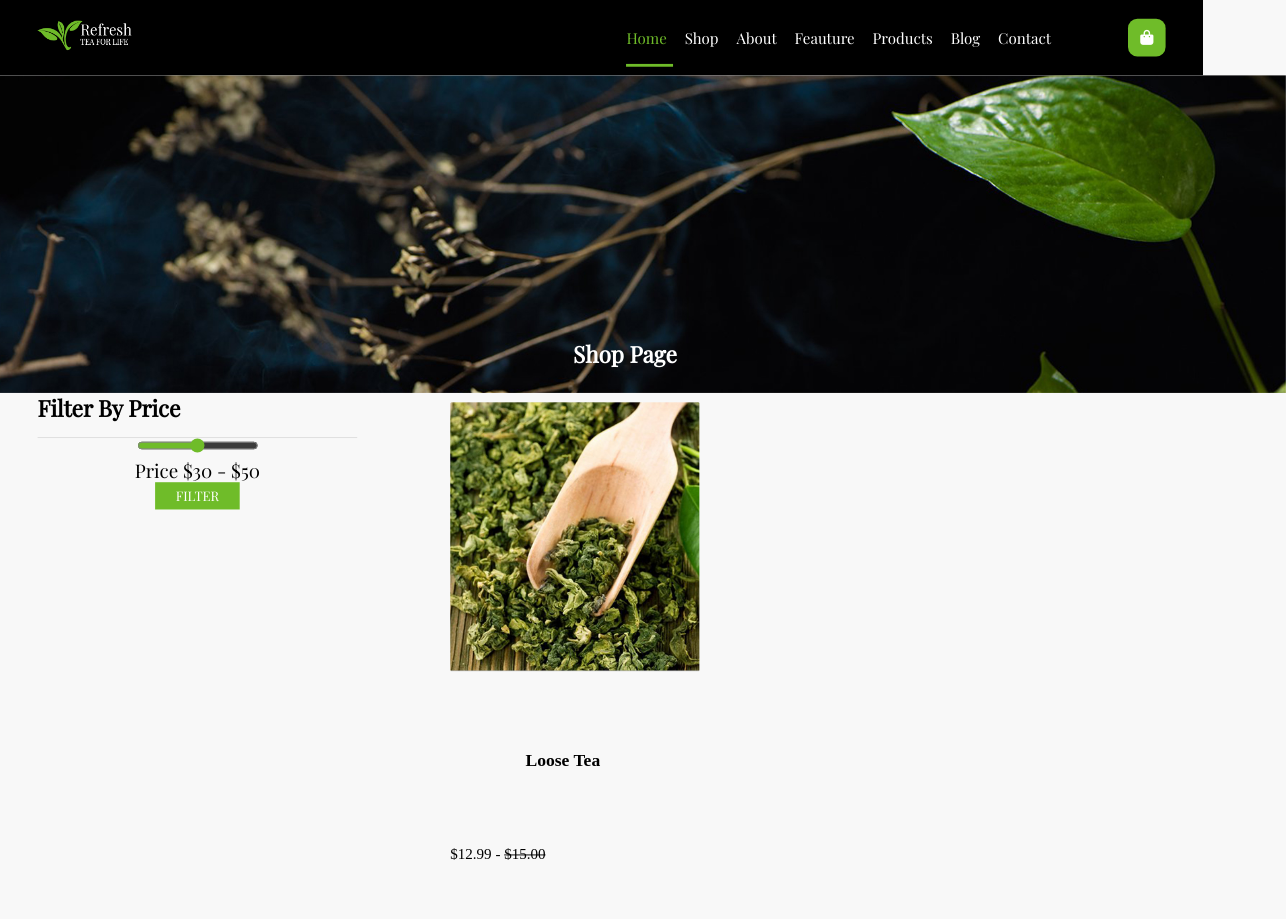
Repository: 52hzwhaleblue/school_teashop
Page: shop.html
The author's editor kept a copy of each file at every save. The page is drawn from the files as they stood at one save, then again after the next save.
The browser window is 1280 px wide. The page is 1368 px wide, so the pictures cover 1368 px, including what lies to the right of the window. The pictures show the whole page, at 94% of full size.
Some web libraries are served in a nearby version.

Above is the page before, as saved 2022-04-27 21:26:06.

### shop.html
<!DOCTYPE html>
<html lang="en">

<head>
    <meta charset="UTF-8">
    <meta http-equiv="X-UA-Compatible" content="IE=edge">
    <meta name="viewport" content="width=device-width, initial-scale=1.0">

    <!-- Style CSS -->
    <link rel="stylesheet" href="./style.css" stylesheet="text/style.css" />

    <!-- googel fonts -->
    <link rel="preconnect" href="https://fonts.googleapis.com" />
    <link rel="preconnect" href="https://fonts.gstatic.com" crossorigin />
    <link href="https://fonts.googleapis.com/css2?family=Playfair+Display&display=swap" rel="stylesheet" />

    <!-- cdn -->
    <link rel="stylesheet" href="https://cdnjs.cloudflare.com/ajax/libs/font-awesome/6.1.1/css/all.min.css" integrity="sha512-KfkfwYDsLkIlwQp6LFnl8zNdLGxu9YAA1QvwINks4PhcElQSvqcyVLLD9aMhXd13uQjoXtEKNosOWaZqXgel0g==" crossorigin="anonymous" referrerpolicy="no-referrer"
    />

    <!-- App.js -->
    <script src="./app.js">
    </script>

    <title>Shop</title>
</head>

<body>
    <!-- header -->
    <div class="header-wrapper">
        <div class="center">
            <div class="row">
                <div class="logo">
                    <img src="./images/logo.png" alt="" />
                </div>

                <div class="menu">
                    <ul>
                        <li class="active"><a href="#">Home</a></li>
                        <li><a href="#">Shop</a></li>
                        <li><a href="#">About</a></li>
                        <li><a href="#">Feauture</a></li>
                        <li><a href="#">Products</a></li>
                        <li><a href="#">Blog</a></li>
                        <li><a href="#">Contact</a></li>
                    </ul>
                </div>

                <div class="cart">
                    <i class="fa-solid fa-bag-shopping"></i>
                </div>
            </div>
        </div>
    </div>

    <!-- silder -->
    <div class="slider-wrapper">
        <div class="slider-img">
            <img src="./images/shop-slide.jpg" alt="" />

            <div class="center">
                <div class="shop-slide-content">
                    <h2 class="heading">Shop Page</h2>
                </div>
            </div>
        </div>
    </div>


    <div class="shop-page-wrapper">
        <div class="center">
            <div class="box-shop-page">
                <!-- filter by price -->
                <div class="price-filter-wrapper">
                    <div class="box-price-filter">
                        <h4>filter by price</h4>
                        <div class="price-range-bar">
                            <form class="multi-range-field my-5 pb-5">
                                <input id="multi3" class="multi-range" type="range" />
                            </form>

                            <div class="price-range">
                                <span>Price</span>
                                <span> $30 </span> -
                                <span> $50 </span>
                            </div>

                            <div class="filter-btn">
                                <p>filter</p>
                            </div>
                        </div>
                    </div>
                </div>

                <!-- shop-product -->
                <div class="shop-product-wrapper">
                   <div class="row">
                       <div class="col-1">
                           <img src="images/product-1.jpg">
                           <h3 class="title">Loose Tea</h3>
                           <p>$12.99 - <del>$15.00</del></p>
                       </div>
                   </div>
                </div>
            </div>

        </div>
    </div>

</body>

</html>

### style.css
* {
    padding: 0;
    margin: 0;
}

body {
    background-color: #f8f8f8;
}


/* header */

.header-wrapper {
    margin: 0 auto;
    background-color: #000000;
    position: sticky;
    top: 0;
    z-index: 1;
}

.center {
    width: 1200px;
    margin: 0 auto;
}

.header-wrapper .row {
    display: flex;
    justify-content: space-between;
    align-items: center;
    padding: 20px 0;
}


/* logo */

.logo {
    width: 50.0450045005%;
}

.logo img {
    width: 100px;
}


/* menu */

.menu {
    width: 42.304230423%;
}

.menu ul li.active a {
    color: #6fbc29;
}

.menu ul li {
    display: inline-block;
    padding-right: 15px;
    position: relative;
}

.menu ul li:after {
    content: " ";
    width: 50px;
    border-bottom: 3px #6fbc29 solid;
    /* background-color: #6fbc29; */
    left: 0;
    bottom: -20px;
    position: absolute;
}

.menu ul li:not(.active):after {
    content: " ";
    width: 50px;
    border-bottom: 3px #6fbc29 solid;
    left: 0;
    bottom: -30px;
    position: absolute;
    opacity: 0;
    transition: 0.5s;
}

.menu ul li:hover:after {
    bottom: -20px;
    opacity: 1;
}

.menu ul li:hover a {
    color: #6fbc29;
}

.menu ul li a {
    text-decoration: none;
    color: #fff;
    font-family: "Playfair Display", serif;
}


/* cart */

.cart {
    width: 40px;
    height: 40px;
    border-radius: 25%;
    background-color: #6fbc29;
    display: flex;
    justify-content: center;
    align-items: center;
}

.cart i {
    color: #fff;
}


/* silder */

.slider-wrapper {
    width: 1368px;
    margin: 0 auto;
    overflow: hidden;
}

.slider-img {
    display: flex;

}

.slider-img img {
    max-width: 1368px;
}
.slider-img input{
    display: none;
}
.navigation-manual{
    position: absolute;
    width: 1500px;
    margin-top: -40px;
    display: flex;
    justify-content: center;
}
.manual-btn {
    border: 1px solid #fff;
    padding: 4px;
    border-radius: 5px;
    cursor: pointer;
    transition: 1s;
}
.manual-btn:not(:last-child){
    margin-right: 8px;
}
.manual-btn:hover{
    background: #6FBC29;
}
#radio1:checked ~ .img{
    margin-left: 0;
}
#radio2:checked ~ .img{
    margin-left: -20;
}
#radio3:checked ~ .img{
    margin-left: -40;
}


.slider-wrapper .home-slide-content {
    width: 446px;
    position: absolute;
    top: 20%;
    left: calc((100% - 1200px) / 2);
}

.slider-wrapper .shop-slide-content {
    width: 446px;
    position: absolute;
    top: 50%;
    left: calc(100% /2.1);
}

.home-slide-content .heading {
    text-transform: uppercase;
    font-family: "Playfair Display";
    font-size: 16px;
    color: #fff;
}

.shop-slide-content .heading {
    text-transform: capitalize;
    font-family: "Playfair Display";
    /* font-size: 50px; */
    color: #fff;
}

.home-slide-content .subHeading {
    text-transform: capitalize;
    font-family: "Playfair Display";
    font-size: 50px;
    padding: 26px 0 50px 0;
    color: #fff;
}

.home-slide-content .subHeading span {
    color: #6fbc29;
    text-transform: capitalize;
    font-size: 50px;
}

.home-slide-content .slider-btn {
    width: 130px;
    /* height: 35px; */
    background-color: #6fbc29;
    display: flex;
    justify-content: center;
    align-items: center;
}

.slider-btn a {
    font-family: "Playfair Display";
    font-size: 14px;
    text-transform: uppercase;
    color: #fff;
    text-decoration: none;
    padding: 10px 0;
}


/* new product */

.product-wrapper {
    width: 1368px;
    margin: 0 auto;
    padding: 57px 0;
}

.title-main {
    padding-bottom: 52px;
}

.title-main h1 {
    font-family: "Playfair Display";
    font-size: 35px;
    text-transform: capitalize;
    color: #212529;
    text-align: center;
}

.title-main .icon {
    text-align: center;
    padding: 23px 0 18px 0;
}

.heading-icon .icon img {
    width: 100px;
}

.title-main .subTitle {
    width: 540px;
    margin: 0 auto;
}

.title-main .subTitle p {
    font-family: "Playfair Display";
    font-size: 14px;
    color: #212529;
    text-align: center;
}


/* product items */

.product-items {
    display: flex;
    flex-wrap: wrap;
    justify-content: space-between;
}

.product-items .item {
    /* width: calc(100% / 4); */
}

.product-items .item .img {
    position: relative;
}

.modal {
    position: absolute;
    width: 100%;
    height: 100%;
    bottom: 0;
    opacity: 0;
    background-color: #6fbc29;
    transition: 0.7s;
}

.modal-content h4 {
    font-family: "Playfair Display", serif;
    color: #fff;
    text-align: center;
    text-transform: capitalize;
}

.modal-content {
    padding: 48px;
}

.modal-content p {
    font-size: 14px;
    font-family: "Playfair Display", serif;
    color: #fff;
    text-align: center;
    padding: 20px 0;
}

.readmore-btn {
    width: 130px;
    background-color: #fff;
    border: 1px #fff solid;
    padding: 5px 0;
    margin: 0 auto;
    text-align: center;
}

.readmore-btn a {
    text-decoration: none;
    color: #6fbc29;
    font-size: 14px;
    font-family: "Playfair Display", serif;
    text-transform: uppercase;
}

.readmore-btn:hover {
    background-color: transparent;
}

.readmore-btn:hover a {
    text-decoration: none;
    color: #fff;
    font-size: 14px;
    font-family: "Playfair Display", serif;
    text-transform: uppercase;
}

.product-items .img:hover .modal {
    top: 0;
    opacity: 0.8;
}

.product-btn {
    display: flex;
    justify-content: center;
}

.btn-left,
.btn-right {
    border-radius: 50%;
    width: 30px;
    height: 30px;
    background-color: #6fbc29;
    margin: 0 10px;
    display: flex;
    align-items: center;
    justify-content: center;
    color: #fff;
    margin-top: 35px;
}

.btn-left:hover,
.btn-right:hover {
    border-radius: 50%;
    width: 30px;
    height: 30px;
    background-color: #fff;
    margin: 0 10px;
    display: flex;
    align-items: center;
    justify-content: center;
    color: #6fbc29;
    margin-top: 35px;
}


/* information */

.information {
    width: 1368px;
    margin: 0 auto;
    background-color: #f8f8f8;
    display: flex;
    justify-content: space-between;
}

.info-img img {
    max-width: 730px;
}

.info-content {
    width: 37.6461988304%;
    padding: 85px 0 125px 30px;
}

.info-content h2 {
    font-size: 35px;
    font-family: "Playfair Display", serif;
}

.info-content p {
    font-size: 14px;
    font-family: "Playfair Display", serif;
    margin: 10px 0;
}

.information .readmore-info-btn {
    width: 130px;
    background-color: #6fbc29;
    padding: 5px 0;
    text-align: center;
}

.information .readmore-info-btn a {
    text-decoration: none;
    color: #fff;
    font-size: 14px;
    font-family: "Playfair Display", serif;
    text-transform: uppercase;
}

.information .readmore-info-btn:hover {
    background-color: #fff;
}

.information .readmore-info-btn:hover a {
    text-decoration: none;
    color: #6fbc29;
    font-size: 14px;
    font-family: "Playfair Display", serif;
    text-transform: uppercase;
}

.criteria-wrapper {
    width: 100%;
    height: 368px;
}

.criteria-items {
    max-width: 1368px;
    display: flex;
    justify-content: center;
}

.criteria-items .item {
    padding: 0 10px;
    box-sizing: border-box;
}


/* featured product */

.featured-product-wrapper {}

.featured-product-items {
    display: flex;
    justify-content: space-between;
    flex-wrap: wrap;
    margin-bottom: 50px;
}

.featured-product-items .item {
    width: calc(100% / 3);
}

.featured-product-items .item .img {
    position: relative;
}

.featured-product-items .img .modal {
    border-radius: 50%;
}

.featured-product-items .img:hover .modal {
    top: 0;
    opacity: 0.8;
    width: 92.5%;
}

.featured-product-items .item .title {
    text-align: center;
    font-family: "Playfair Display";
    font-weight: 600;
    font-size: 20px;
}

.featured-product-items .item .description {
    text-align: center;
    font-family: "Playfair Display";
    font-size: 14px;
}

.featured-product-items .item img {
    border-radius: 50%;
}


/* Information Wrapper */

.info-wrapper {
    position: relative;
}

.info-wrapper img {
    height: 435px;
    width: 100%;
}

.info-heading {
    top: 0;
    width: 490px;
    margin: 55px 0;
    position: absolute;
}

.info-heading .title {
    font-family: "Playfair Display";
    font-size: 35px;
    font-weight: 600;
}

.info-heading .subTitle {
    font-family: "Playfair Display";
    font-size: 14px;
    margin: 25px 0 50px 0;
}

.readmore-info-btn {
    width: 130px;
    background-color: #6fbc29;
    border: 1px #fff solid;
    padding: 5px 0;
    /* margin: 0 auto; */
    text-align: center;
}

.readmore-info-btn a {
    text-decoration: none;
    color: #fff;
    font-size: 14px;
    font-family: "Playfair Display", serif;
    text-transform: uppercase;
}

.readmore-info-btn:hover {
    background-color: #fff;
}

.readmore-info-btn:hover a {
    text-decoration: none;
    color: #6fbc29;
    font-size: 14px;
    font-family: "Playfair Display", serif;
    text-transform: uppercase;
}


/* video */

.video-wrapper {
    position: relative;
    display: flex;
    justify-content: center;
}

.bg-overlay {
    position: relative;
    z-index: 1;
}

.bg-overlay:after {
    background: #000 none repeat scroll 0 0;
    content: "";
    height: 100%;
    left: 0;
    opacity: 0.8;
    position: absolute;
    top: 0;
    width: 100%;
}

.video-wrapper .center {
    width: 1200px;
    margin: 0 auto;
    display: flex;
    justify-content: center;
}

.video-wrapper img {
    width: 100%;
}

.video-wrapper .title-main {
    top: 0;
    position: absolute;
    z-index: 2;
    margin-top: 55px;
}

.video-wrapper .title-main .title {
    color: #fff;
}

.video-wrapper .title-main .icon img {
    width: 200px;
}

.video-wrapper .title-main .subTitle p {
    color: #fff;
}

.box-video {
    /* width: 890px;
    height: 442px; */
    bottom: 25%;
    z-index: 1;
    position: absolute;
}


/* Shop Page */

.box-shop-page {
    display: flex;
    justify-content: space-between;
}

.price-filter-wrapper {
    width: 28.3333333333%;
}

.box-price-filter h4 {
    font-family: "Playfair Display", serif;
    font-size: 24px;
    text-transform: capitalize;
    border-bottom: 1px #dedede solid;
    padding-bottom: 15px;
}

.shop-product-wrapper {
    width: 56.8333333333%;
}


/* Price Range Input */

#multi3 {
    accent-color: #6FBC29;
}

.price-range-bar {
    text-align: center;
}

.price-range {
    font-family: "Playfair Display", serif;
    font-size: 20px;
}

.filter-btn {
    width: 90px;
    height: 35px;
    margin: 0 auto;
}

.filter-btn:hover {
    width: 90px;
    height: 35px;
    margin: 0 auto;
}

.filter-btn p {
    font-family: "Playfair Display", serif;
    font-size: 14px;
    color: #fff;
    text-transform: uppercase;
    background-color: #6fbc29;
    padding: 5px 20px;
}

.filter-btn p:hover {
    font-family: "Playfair Display", serif;
    font-size: 14px;
    color: #6fbc29;
    text-transform: uppercase;
    background-color: #fff;
    padding: 5px 20px;
    border: 1px #6fbc29 solid;
}
/* ----Product---- */
.shop-product-wrapper{
    max-width: 1080px;
    margin: auto;
    padding-left: 25px;
    padding-right: 25px;
}
.col-1{
    flex-basis: 25%;
    padding: 10px;
    min-width: 200px;
    margin-bottom: 50px;
}
.col-1 img{
    width: 40%;

}
.title{
    margin: 80px;
}

### app.js
/* $('#multi3').mdbRange({
    width: '100%',
    single: {
        active: true,
        multi: {
            active: true,
            rangeLength: 2
        },
    }
}); */

After the next save:
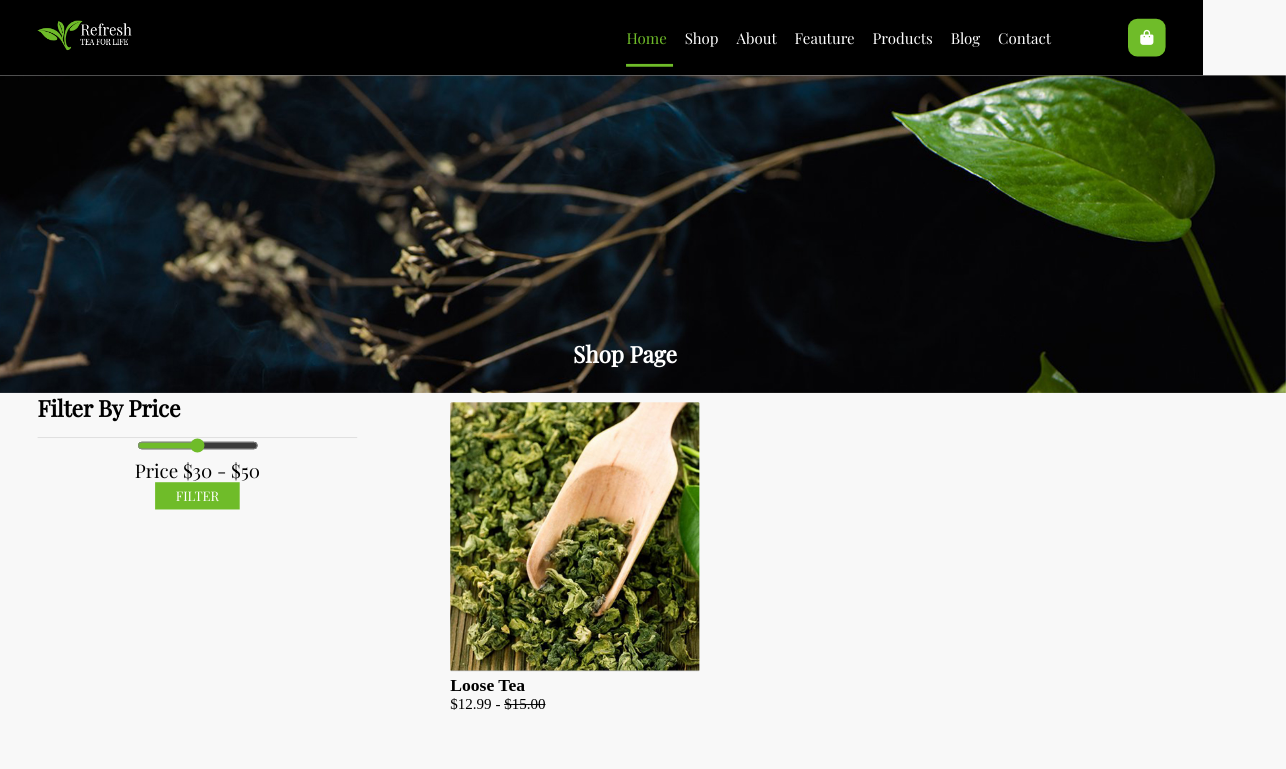
Saved 6 s later.
--- a/style.css
+++ b/style.css
@@ -709,5 +709,5 @@
 
 }
 .title{
-    margin: 80px;
-}
+    margin: 80 0 20 20px;
+}

After the 4 saves that followed:
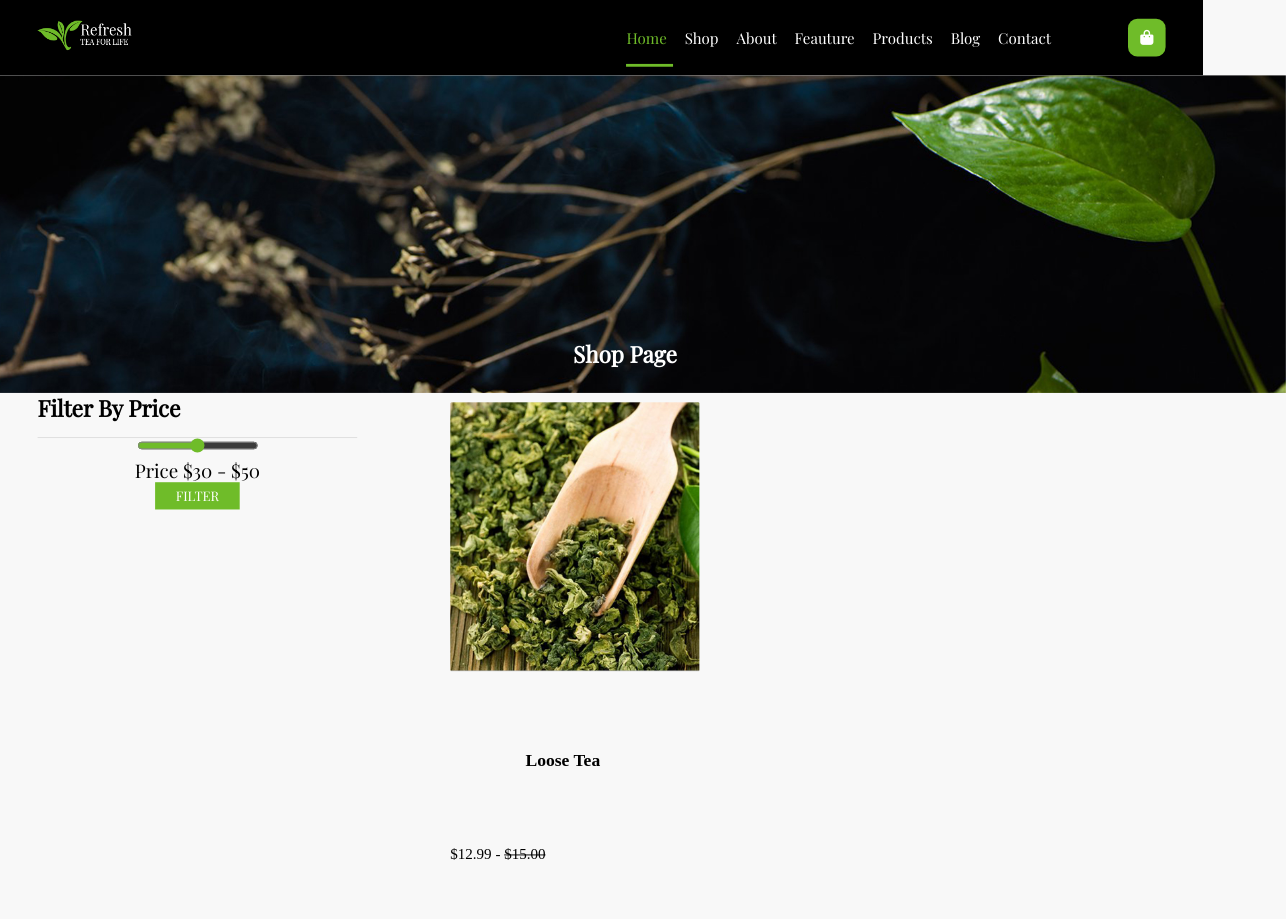
The 4 saves are shown as one change because 3 left the picture as it was.
The last was saved 40 s later.
--- a/style.css
+++ b/style.css
@@ -709,5 +709,5 @@
 
 }
 .title{
-    margin: 80 0 20 20px;
-}
+    margin: 80px
+}
